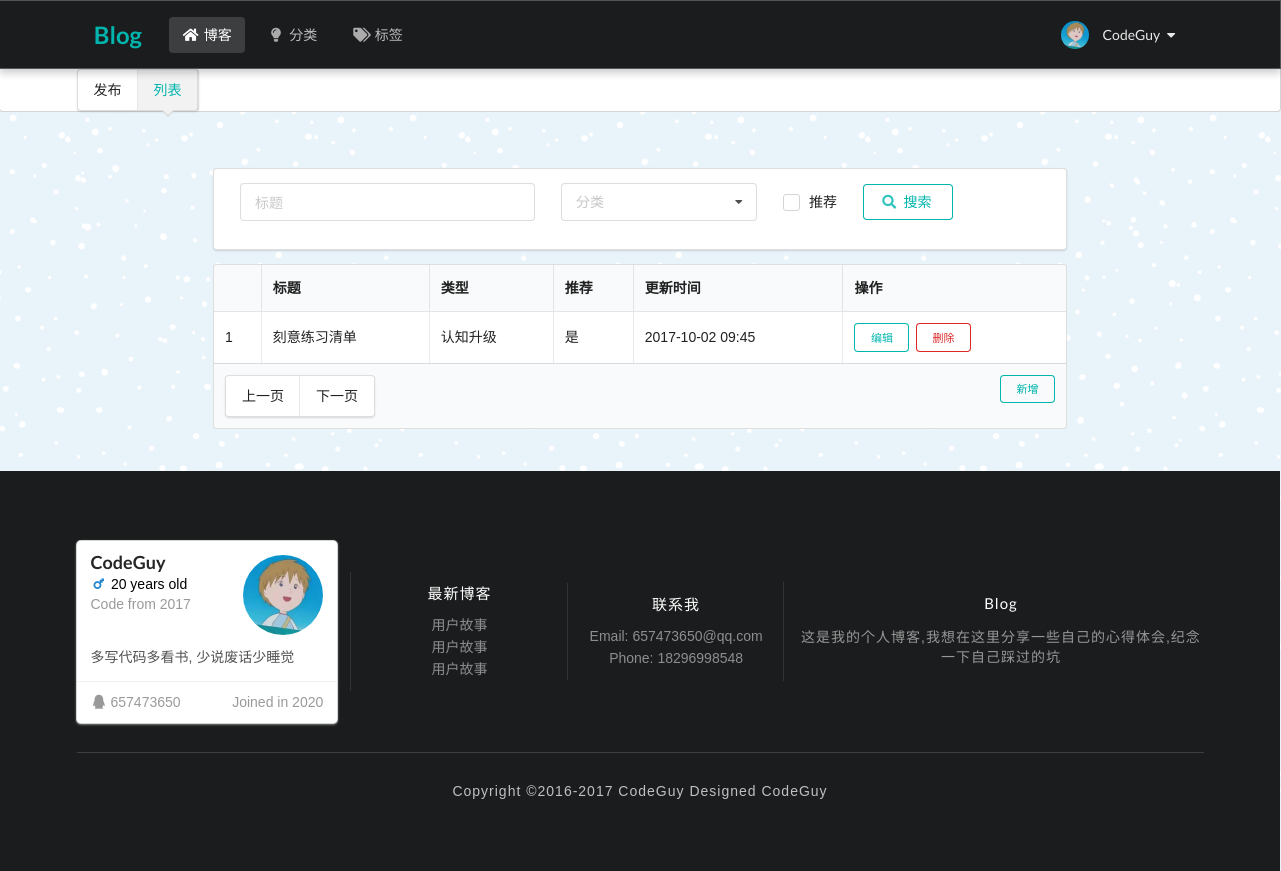
Repository: GOGOHQ/myblog
Page: admin/blogs.html
An editor plug-in stored every save of this project. The page is shown before and after the next save, followed by the edit.
The browser window is 1280 px wide. The page is 1281 px wide, so the pictures cover 1281 px, including what lies to the right of the window. The pictures show the whole page.
Some web libraries are served in a nearby version.

Above is the page before, as saved 2020-01-18 16:15:14.

After the next save:
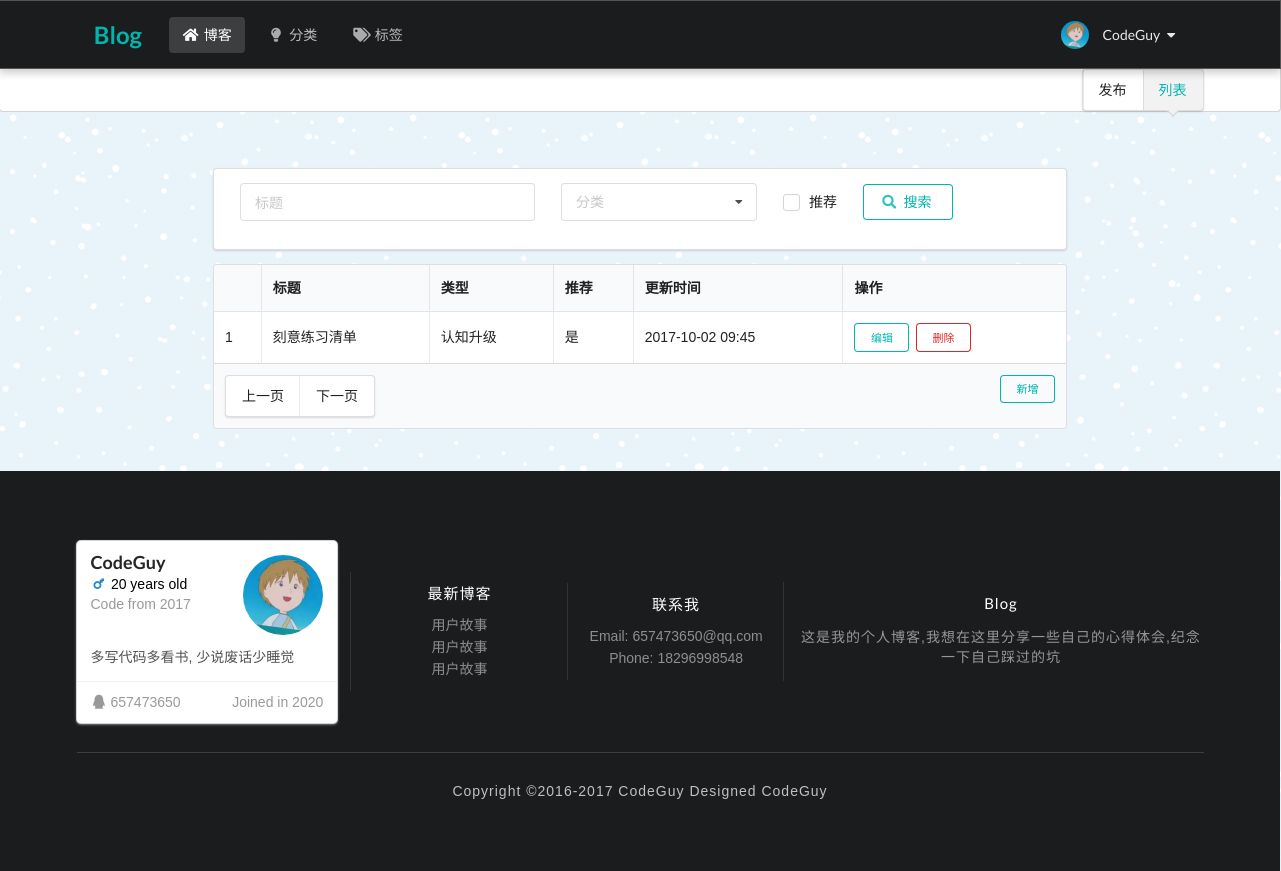
Saved 4 s later.
--- a/admin/blogs.html
+++ b/admin/blogs.html
@@ -40,7 +40,7 @@
 </nav>
 <div class="ui bottom attached pointing menu">
     <div class="ui container">
-        <div class="ui centered menu">
+        <div class="ui right menu">
             <a href="#" class="teal item">发布</a>
             <a href="#" class="active teal item">列表</a>
         </div>

After the save that followed:
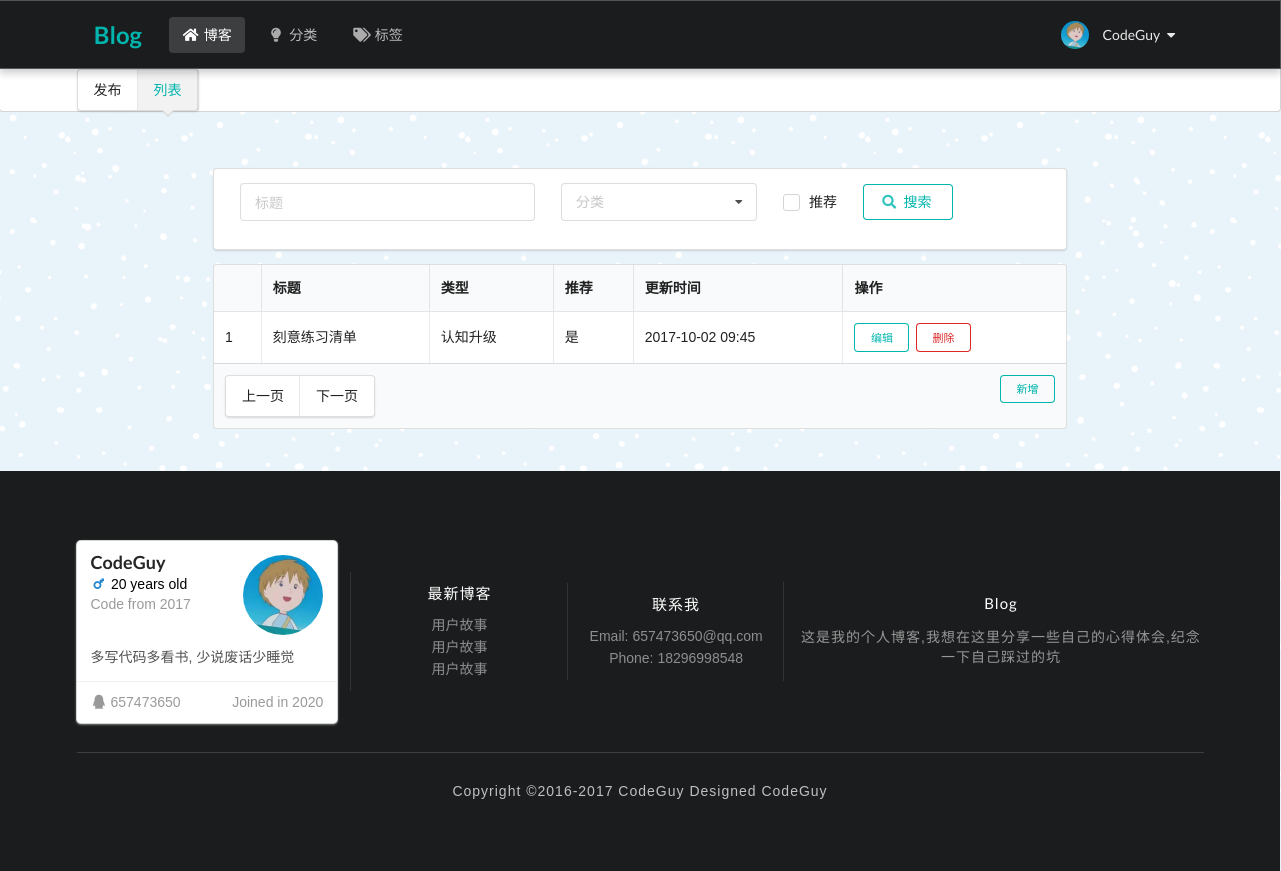
Saved 55 s later.
--- a/admin/blogs.html
+++ b/admin/blogs.html
@@ -40,7 +40,7 @@
 </nav>
 <div class="ui bottom attached pointing menu">
     <div class="ui container">
-        <div class="ui right menu">
+        <div class="ui left menu">
             <a href="#" class="teal item">发布</a>
             <a href="#" class="active teal item">列表</a>
         </div>
